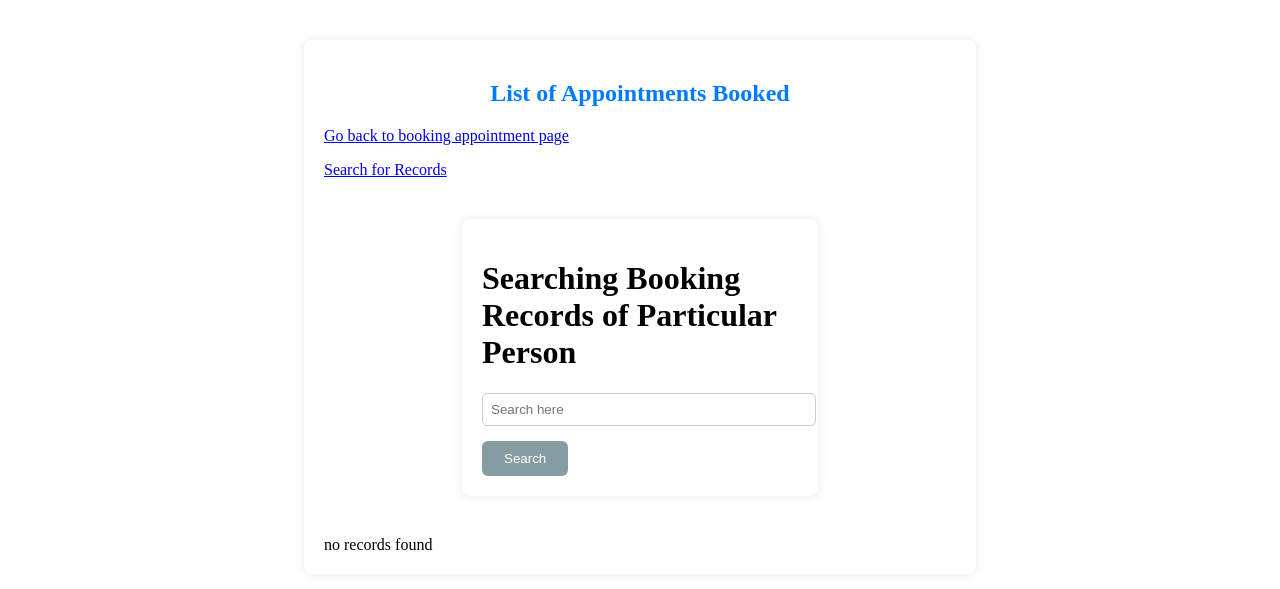
Repository: Arisha004/Hospital-Appointment-Management-System
Page: http://localhost/list2.php
These files come from the project's save history. The page is drawn as it stood at one moment and after the next save; the edit follows.
The browser window is 1280 px wide. The pictures show the whole page.
The page is run by PHP 8.4 with error messages shown; the project is at /var/www/html/. Queries for data that is not in the repository find no rows.

Above is the page before, as saved 2025-10-25 00:57:29.

### list2.php
<?php
include 'db.php';
$sql="select * from appointments";
$result=$conn->query($sql);


?>

<?php
include 'db.php';
  if(isset($_GET['search'])){
    $filteredvalues=$_GET['search'];
    $sql = "SELECT * FROM appointments
        WHERE CONCAT(full_name, ' ', email) LIKE '%$filteredvalues%'";
    $result=$conn->query($sql);

    }


?>
<!DOCTYPE html>
<html lang="en">
<head>
    <meta charset="UTF-8">
    <meta name="viewport" content="width=device-width, initial-scale=1.0">
    <title>Document</title>
  <link rel="stylesheet" href="style2.css">


</head>
<body>
    <div class="container1">
    <h2>List of Appointments Booked</h1>

    <p><a href="index.php"> Go back to booking appointment page</a></p>
    <p><a href="searching.php"> Search for Records </a></p>

        <form action="" method="get">
<div class="container1">
    <h1>Searching Booking Records of Particular Person</h1>


    <input type="text" name="search" required value="<?php if(isset($_GET['search'])){
    echo $_GET['search'];
}?>" placeholder="Search here">
    <button type="submit">Search</button>

</div>
</form>


   <?php

    if($result->num_rows>0){

echo "<table border='1' cellpadding='10'>";
  echo   "<tr>
    <th>ID</th>
    <th>Name</th>
    <th>Email</th>

    <th>Action</th>

    </tr>";

while($row=$result->fetch_assoc()){
    echo "<tr>";
    echo "<td>".$row["id"]."</td>";
    echo "<td>".$row["full_name"]."</td>";
    echo "<td>".$row["email"]."</td>";


    echo "<td><a href='detail.php?id=$row[id]'>More Info</a><br><br>
    <a href='update.php?id=$row[id]'>Update</a><br><br>
    <a href='delete.php?id=$row[id]'>Delete</a>
    </td>";
    echo "</tr>";

}
echo "</table>";
    }
    else{
        echo "no records found";
    }

?>

</div>
</body>
</html>

### db.php
<?php

$servername = "localhost";
$username = "root";
$password = "";
$dbname="midterm";

$conn=new mysqli($servername, $username, $password,$dbname);
if($conn->connect_error){
    die("Connection failed: " . $conn->connect_error);
}


?>

### style2.css

  .container1 { width: 50%; margin: 40px auto; background: #fff; padding: 20px; border-radius: 8px; box-shadow: 0 0 10px rgba(0,0,0,0.1); }
  h2 { text-align: center; color: #007bff; }
  label { font-weight: bold; display: block; margin-bottom: 5px; }
  input, select, textarea {
      width: 100%;
      padding: 8px;
      margin-bottom: 15px;
      border: 1px solid #ccc;
      border-radius: 5px;
  }

  button{

  display: inline-block;
  background-color: #869CA3;
  color: #fff;
  padding: 10px 22px;
  border: none;
  border-radius: 6px;
  cursor: pointer;
  font-weight: 500;

  transition: 0.3s;
   text-align: center;
}

button:hover {
  background-color: #7498a3;
  transform: translateY(-2px);
}

  input[type=submit] {
      background-color: #007bff;
      color: white;
      border: none;
      padding: 10px 15px;
      cursor: pointer;
      border-radius: 5px;
  }
  input[type=submit]:hover {
      background-color: #0056b3;
  }
  select[name="status"] {
    background-color: #f8f9fa;
    color: #495057;
    padding: 8px;
    margin-bottom: 15px;
    border: 1px solid #ced4da;
    border-radius: 5px;
    width: 100%;
}

select[name="status"] option[value="Pending"] { color: #ffc107; }
select[name="status"] option[value="Confirmed"] { color: #28a745; }
select[name="status"] option[value="Cancelled"] { color: #dc3545; }
select[name="status"] option[value="Completed"] { color: #17a2b8; }

After the next save:
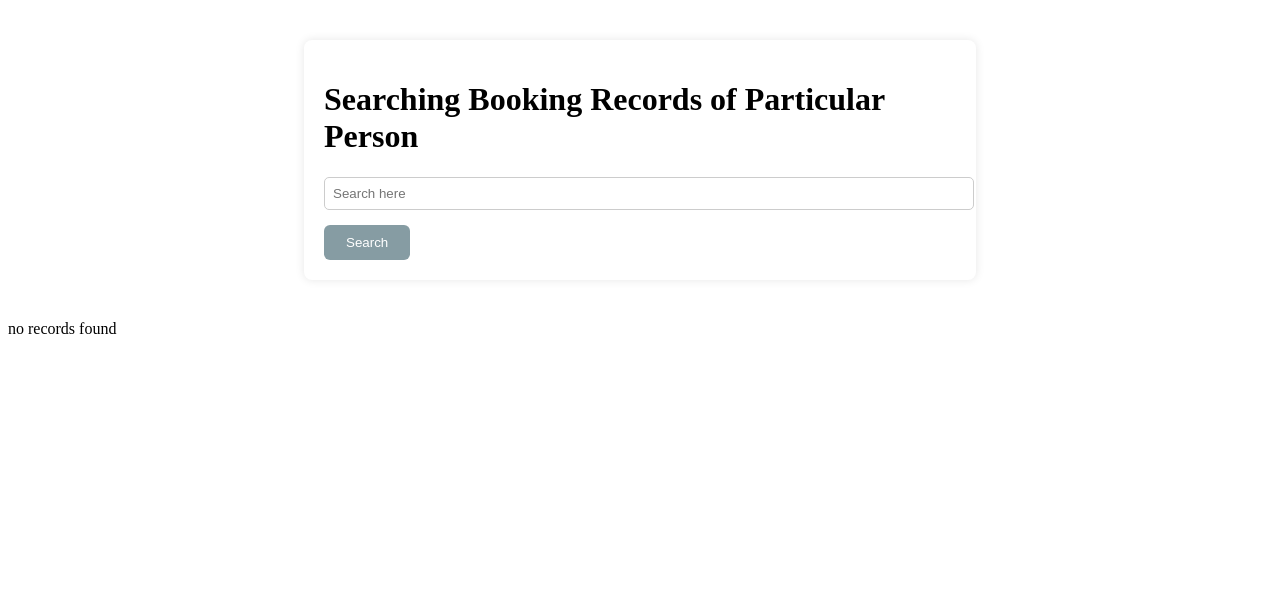
Saved 12 s later.
--- a/list2.php
+++ b/list2.php
@@ -29,11 +29,6 @@ include 'db.php';
 
 </head>
 <body>
-    <div class="container1">
-    <h2>List of Appointments Booked</h1>
-
-    <p><a href="index.php"> Go back to booking appointment page</a></p>
-    <p><a href="searching.php"> Search for Records </a></p>
 
         <form action="" method="get">
 <div class="container1">
